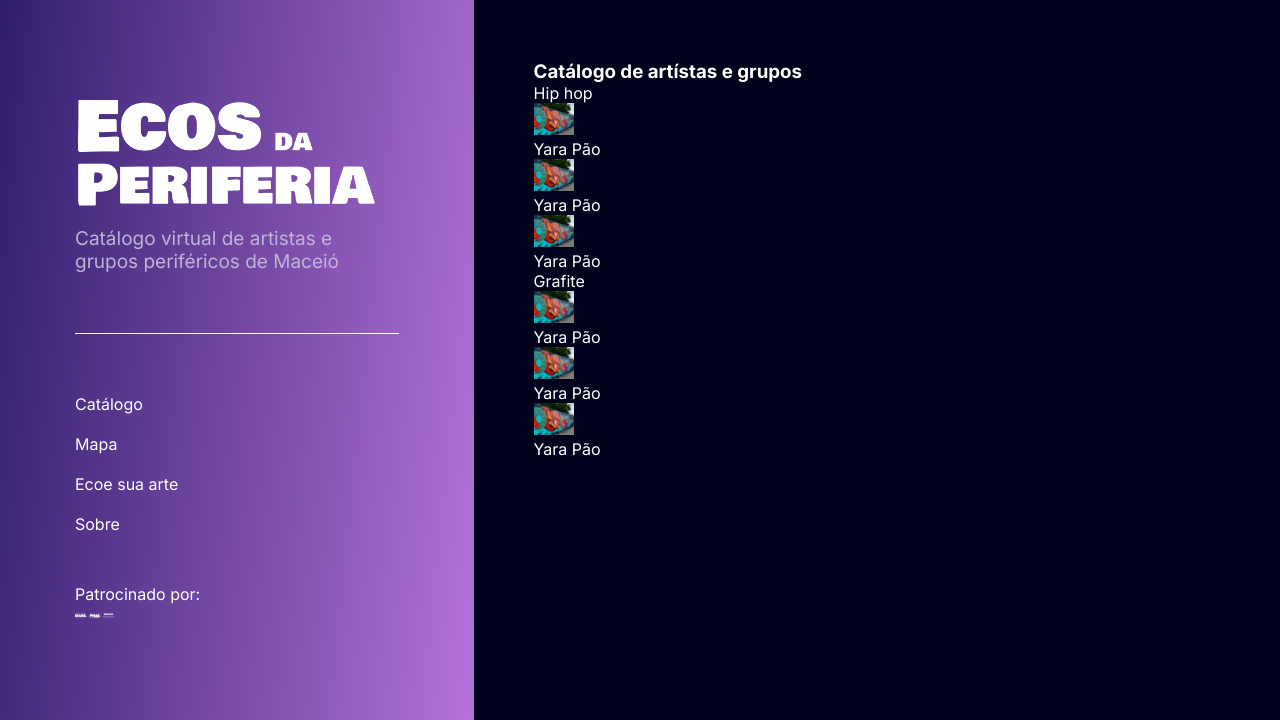
Repository: lucasthaynan/ecos-da-periferia
Page: index.html
The author's editor kept a copy of each file at every save. The page is drawn from the files as they stood at one save, then again after the next save.
The browser window is 1280 px wide. The pictures show the whole page.

Above is the page before, as saved 2025-11-11 17:54:05.

### index.html
<!DOCTYPE html>
<html lang="pt-BR">

<head>
    <meta charset="UTF-8">
    <meta name="viewport" content="width=device-width, initial-scale=1.0">
    <link rel="stylesheet" href="style.css?v=1.0">
    <title>Ecos da Periferia</title>
</head>

<body>

    <header class="left">
        <div class="container">
            <img class="logo-ecos" src="./imagens/logo-ecos-da-periferia.png" alt="" srcset="">
            <h2>Catálogo virtual de artistas e grupos periféricos de Maceió</h2>
            <div class="line"></div>
            <div class="menu">
                <div class="btn catalogo active">Catálogo</div>
                <div class="btn mapa">Mapa</div>
                <div class="btn inscricao">Ecoe sua arte</div>
                <div class="btn sobre">Sobre</div>
            </div>
            <div class="logos">
                <p>Patrocinado por:</p>
                <div class="list-logos">
                    <img src="./imagens/logos.png" alt="" srcset="">
                </div>
            </div>
        </div>
    </header>

    <section class="catalogo">
        <h3>Catálogo de artístas e grupos</h3>
        <div class="container-grupos hiphop">
            <div class="chapeu">Hip hop</div>
            <div class="lista">
                <div class="artista-1">
                    <img src="./imagens/yara-pao.jpg" alt="" srcset="">
                    <p class="nome">Yara Pão</p>
                </div>
                <div class="artista-2">
                    <img src="./imagens/yara-pao.jpg" alt="" srcset="">
                    <p class="nome">Yara Pão</p>
                </div>
                <div class="artista-3">
                    <img src="./imagens/yara-pao.jpg" alt="" srcset="">
                    <p class="nome">Yara Pão</p>
                </div>

            </div>
        </div>


        <div class="container-grupos grafite">
            <div class="chapeu">Grafite</div>
            <div class="lista">
                <div class="artista-4">
                    <img src="./imagens/yara-pao.jpg" alt="" srcset="">
                    <p class="nome">Yara Pão</p>
                </div>
                <div class="artista-5">
                    <img src="./imagens/yara-pao.jpg" alt="" srcset="">
                    <p class="nome">Yara Pão</p>
                </div>
                <div class="artista-6">
                    <img src="./imagens/yara-pao.jpg" alt="" srcset="">
                    <p class="nome">Yara Pão</p>
                </div>

            </div>
        </div>



    </section>

    <script src="main.js?v=1.0"></script>

</body>

</html>

### style.css
@import url('https://fonts.googleapis.com/css2?family=Inter:ital,opsz,wght@0,14..32,100..900;1,14..32,100..900&family=Lato:ital,wght@0,100;0,300;0,400;0,700;0,900;1,100;1,300;1,400;1,700;1,900&family=Poppins:ital,wght@0,100;0,200;0,300;0,400;0,500;0,600;0,700;0,800;0,900;1,100;1,200;1,300;1,400;1,500;1,600;1,700;1,800;1,900&family=Raleway:ital,wght@0,100..900;1,100..900&display=swap');

:root {
    --bg-page: #02021C;
    --bg-menu: linear-gradient(40deg, #311E6D, #C17AE4);
    --font-color: #C1B3D6;
}

* {
    margin: 0;
    padding: 0;
    box-sizing: border-box;
}

body {
    background-color: var(--bg-page);
    font-family: "Inter", sans-serif;
    font-weight: 400;
    font-style: normal;
    color: #ffffff;
    display: flex;
    width: 100vw;
    height: 100vh;
    justify-content: space-between;
    align-items: center
}

img {
    width: 40px;
    height: auto;
}



header {
    width: 37vw;
    height: 100vh;
    /* border: #C17AE4 solid 1px; */
    background: linear-gradient(96deg, #311E6D 00%, #C17AE4 110%);
    display: flex;
    flex-direction: column;
    justify-content: center;
    padding: 75px;
}

section {
    width: 63vw;
    height: 100vh;
    padding: 60px;
    /* border: #5db872 solid 1px; */
}

img.logo-ecos {
    width: 300px;
}

h2 {
    font-size: 19px;
    font-weight: 400;
    color: var(--font-color);
}

div.line {
    border-top: 1px solid #ffffff;
    margin: 60px 0;
}

div.menu {
    display: flex;
    flex-direction: column;
    gap: 20px;
    margin-bottom: 50px;

}

Loaded but not shown: main.js (no stored copy; drawn as an empty file)

After the next save:
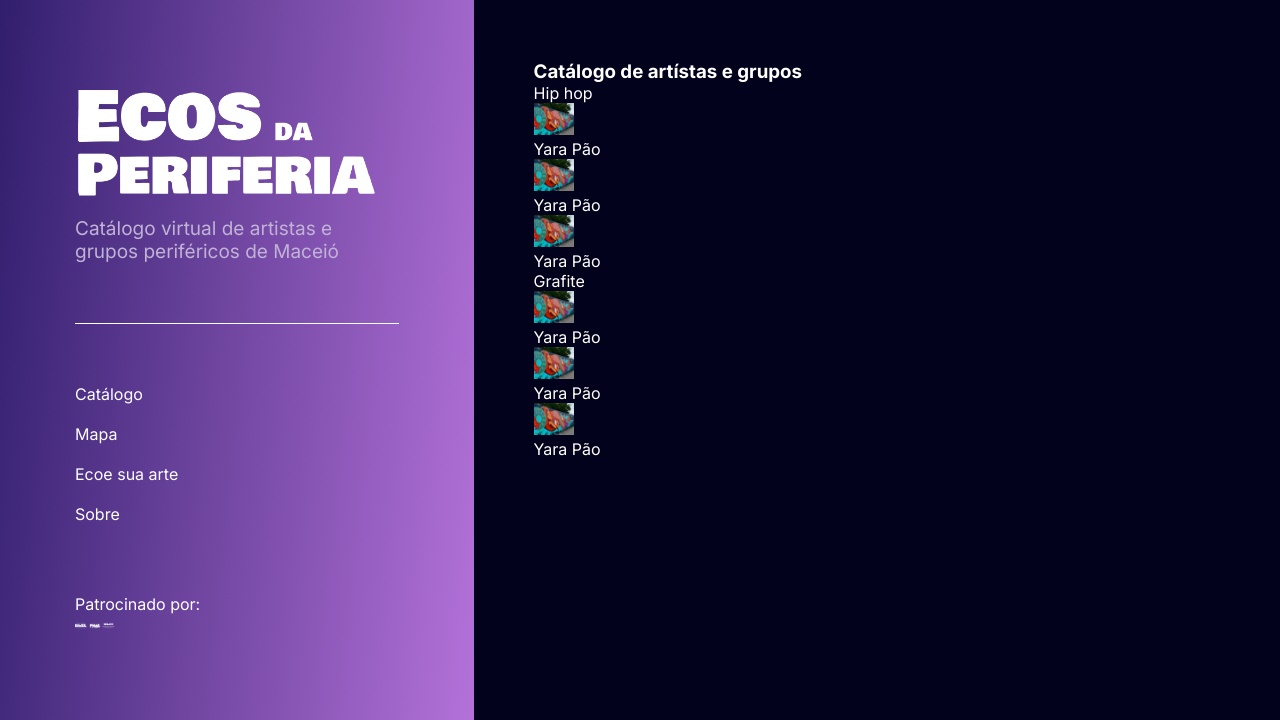
Saved 5 s later.
--- a/style.css
+++ b/style.css
@@ -69,6 +69,6 @@
     display: flex;
     flex-direction: column;
     gap: 20px;
-    margin-bottom: 50px;
+    margin-bottom: 70px;
 
 }
